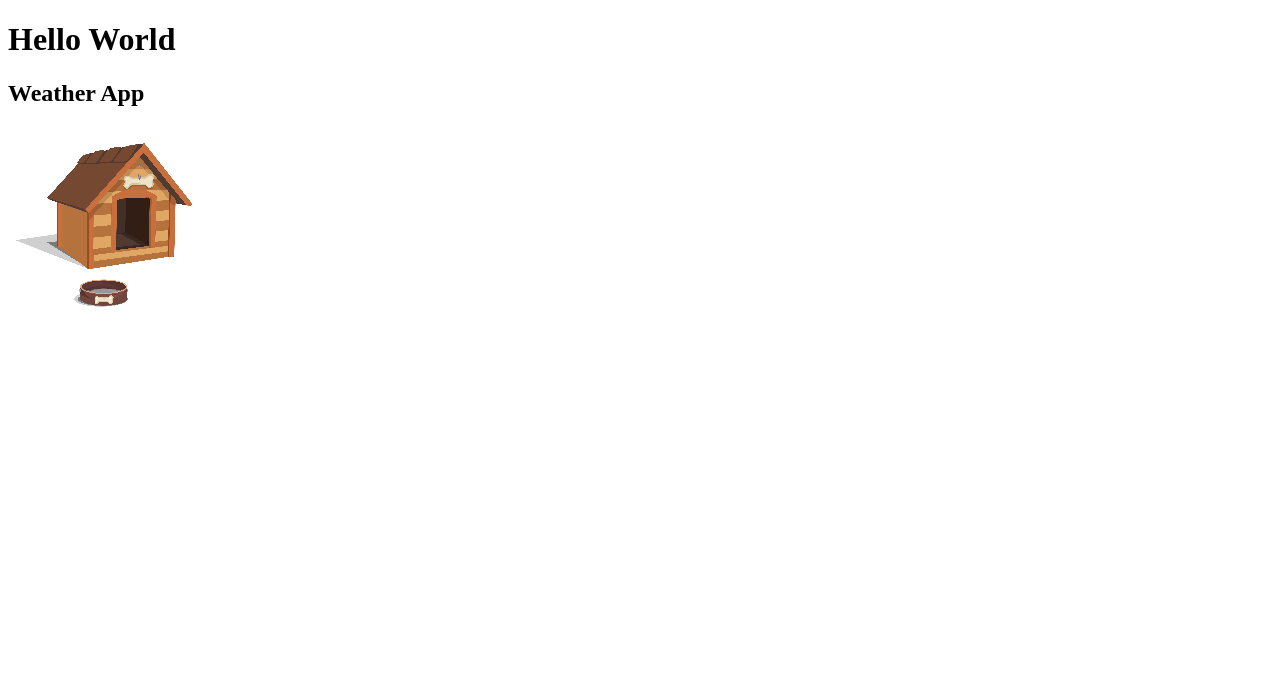
Repository: CarmenFerlatte/demoGitHub
Page: index.html
These files come from the project's save history. The page is drawn as it stood at one moment and after a run of saves; the edit follows.
The browser window is 1280 px wide. The pictures show the whole page.

Above is the page before, as saved 2024-07-08 20:49:17.

After the next 2 saves:
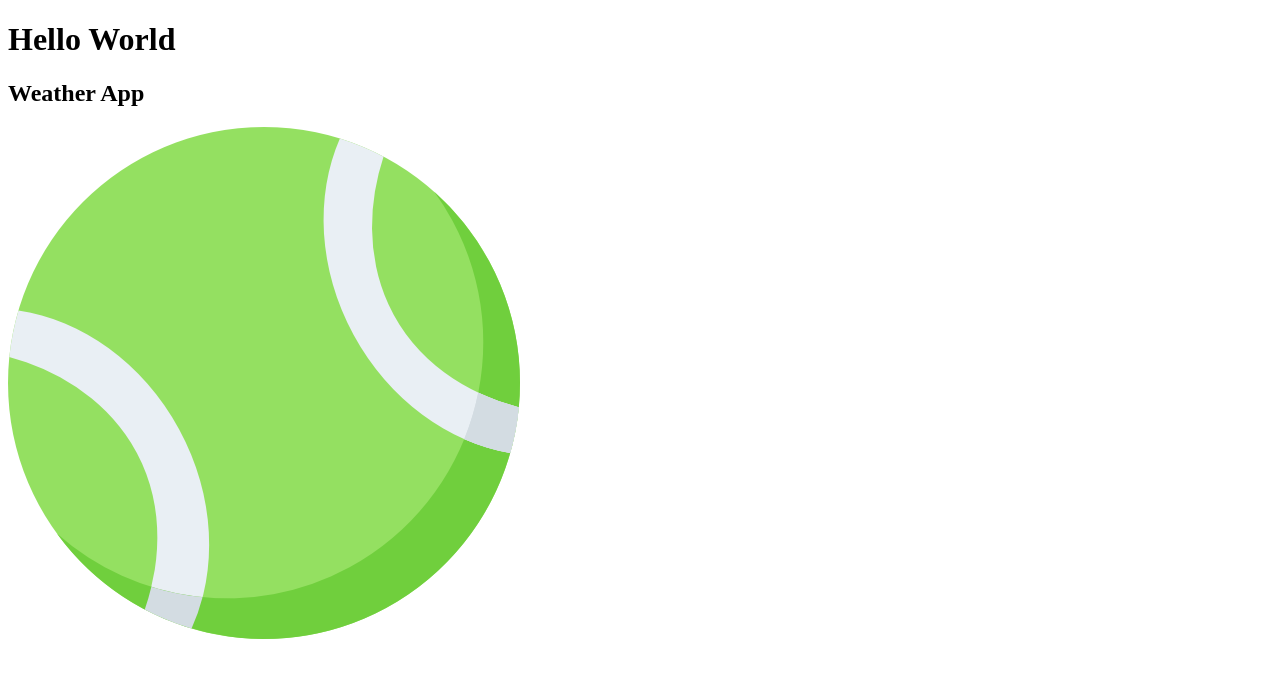
The 2 saves are shown as one change because they came seconds apart.
The last was saved 91 s later.
--- a/index.html
+++ b/index.html
@@ -15,7 +15,7 @@
     <h1>Hello World</h1>
     <h2>Weather App</h2>
     <div>
-      <img src="images/icons/icon-192x192.png" alt="Weather Icon" />
+      <img src="images/icons/icon-512x512.png" alt="Weather Icon" />
     </div>
   </body>
 </html>
